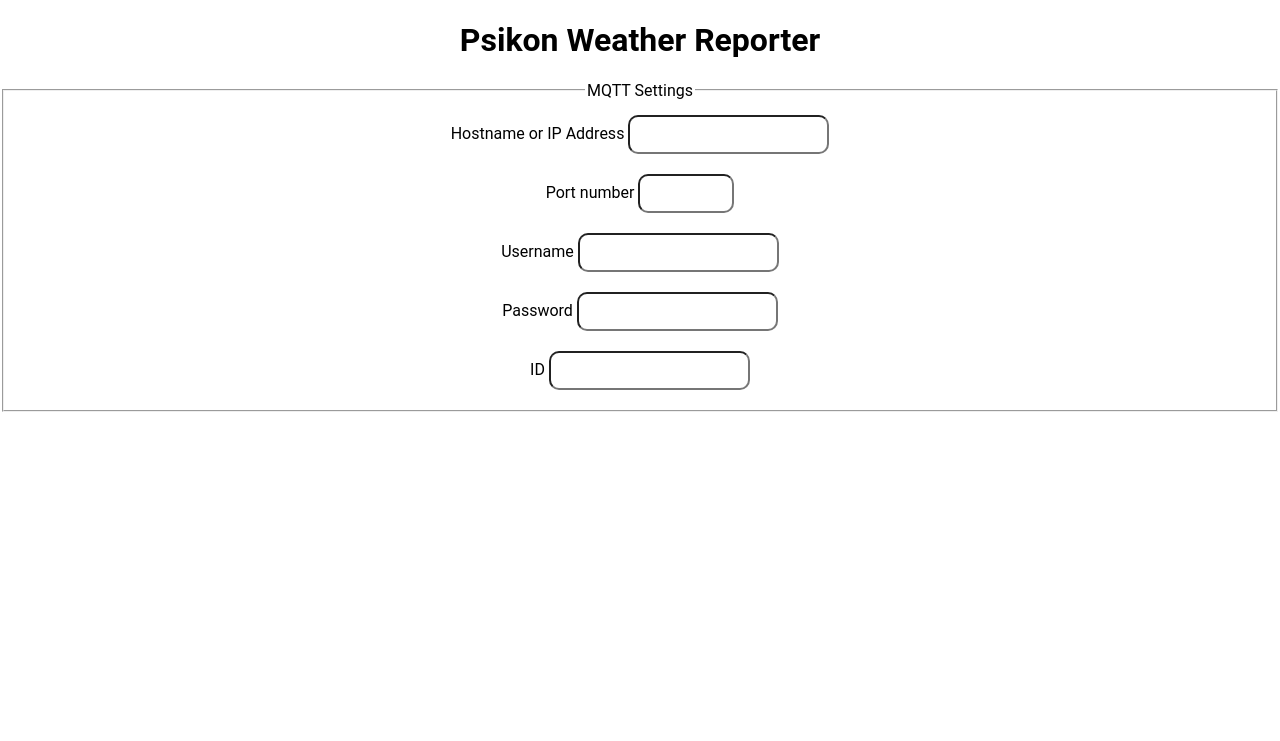
Repository: alex-dow/psikon-weather-station
Page: data/index.html
These files come from the project's save history. The page is drawn as it stood at one moment and after the next save; the edit follows.
The browser window is 1280 px wide. The pictures show the whole page.

Above is the page before, as saved 2021-12-09 22:31:25.

### data/index.html
<!DOCTYPE html>
<html>
<head>
  <meta charset='utf-8'>
  <meta http-equiv='X-UA-Compatible' content='IE=edge'>
  <title>Psikon Weather Reporter</title>
  <meta name='viewport' content='width=device-width, initial-scale=1'>
  <style>
    html,body {
      margin: 0;
      width: 100%;
      height: 100%;
      text-align: center;
      font-family: 'Roboto', sans-serif;
    }

    *, *:before, *:after {
      box-sizing: border-box;
    }

    input
    {
      padding: 10px;
      margin: 10px 0;
      border-radius:10px;
    }
  </style>
</head>
<body>
  <h1>Psikon Weather Reporter</h1>
  <form>
    <fieldset>
      <legend>MQTT Settings</legend>

      <label for="mqtt_host">Hostname or IP Address</label>
      <input id="mqtt_host"/><br/>
      <label for="mqtt_port">Port number</label>
      <input id="mqtt_port" type="number" min="0" max="65536"/><br/>
      <label for="mqtt_username">Username</label>
      <input id="mqtt_username"/><br/>
      <label id="mqtt_password">Password</label>
      <input id="mqtt_password"/><br/>
      <label for="mqtt_id">ID</label>
      <input id="mqtt_id" /><br/>
    </fieldset>
  </form>
</body>
</html>

After the next save:
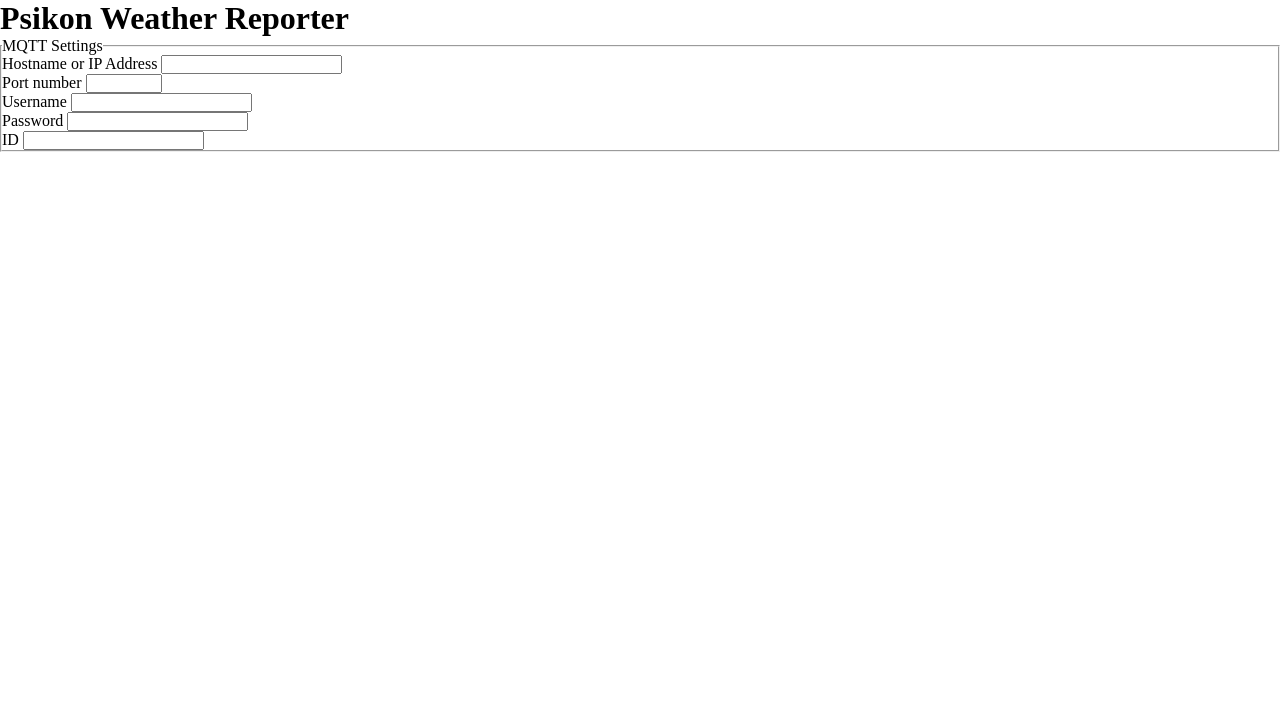
Saved 92 s later.
--- a/data/index.html
+++ b/data/index.html
@@ -6,24 +6,68 @@
   <title>Psikon Weather Reporter</title>
   <meta name='viewport' content='width=device-width, initial-scale=1'>
   <style>
-    html,body {
-      margin: 0;
-      width: 100%;
-      height: 100%;
-      text-align: center;
-      font-family: 'Roboto', sans-serif;
-    }
-
-    *, *:before, *:after {
-      box-sizing: border-box;
-    }
-
-    input
-    {
-      padding: 10px;
-      margin: 10px 0;
-      border-radius:10px;
-    }
+ * {
+  padding: 0;
+  margin: 0;
+  box-sizing: border-box;
+ }
+ body {
+  font-family: "Montserrat";
+ }
+ section {
+  min-height: 100vh;
+  width: 100%;
+  display: flex;
+  align-items: center;
+  justify-content: center;
+  background-color: aliceblue;
+ }
+ .container {
+  max-width: 400px;
+  width: 90%;
+  padding: 20px;
+  box-shadow: 0px 0px 20px #00000020;
+  border-radius: 8px;
+  background-color: white;
+ }
+ .step {
+  display: none;
+ }
+ .step.active {
+  display: block;
+ }
+ .form-group {
+  width: 100%;
+  margin-top: 20px;
+ }
+ .form-group input {
+  width: 100%;
+  border: 1.5px solid rgba(128, 128, 128, 0.418);
+  padding: 5px;
+  font-size: 18px;
+  margin-top: 5px;
+  border-radius: 4px;
+ }
+ button.next-btn,
+ button.previous-btn,
+ button.submit-btn {
+  float: right;
+  margin-top: 20px;
+  padding: 10px 30px;
+  border: none;
+  outline: none;
+  background-color: rgb(180, 220, 255);
+  font-family: "Montserrat";
+  font-size: 18px;
+  cursor: pointer;
+  /* text-align: right; */
+ }
+ button.previous-btn {
+  float: left;
+ }
+ button.submit-btn {
+  background-color: aquamarine;
+ }
   </style>
 </head>
 <body>
